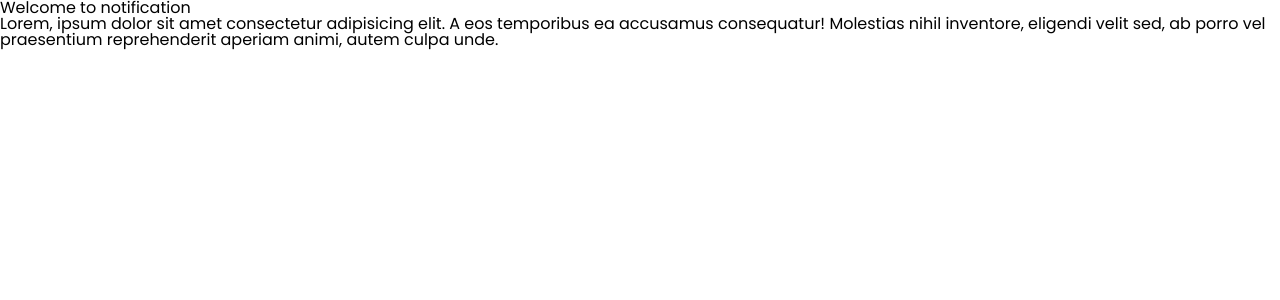
Repository: quoctri2008/test1
Page: notification.html
An editor plug-in stored every save of this project. The page is shown before and after the next save, followed by the edit.
The browser window is 1280 px wide. The pictures show the whole page.

Above is the page before, as saved 2021-09-08 14:49:18.

After the next save:
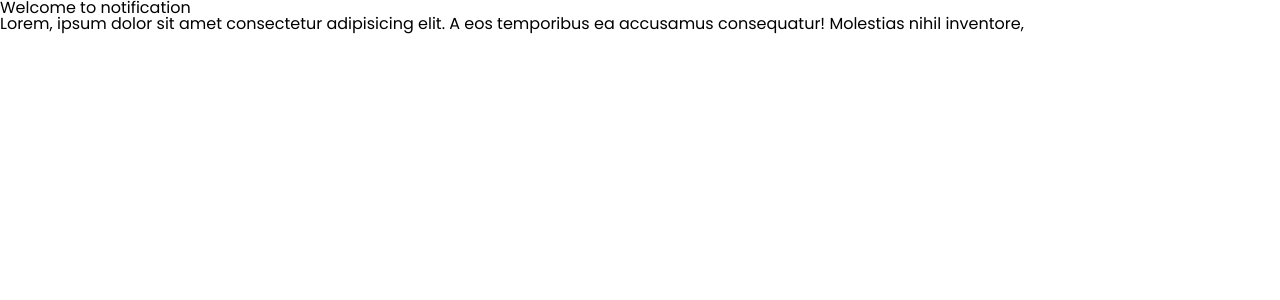
Saved 20 s later.
--- a/notification.html
+++ b/notification.html
@@ -27,8 +27,6 @@
         <div class="noti-desc">
           Lorem, ipsum dolor sit amet consectetur adipisicing elit. A eos
           temporibus ea accusamus consequatur! Molestias nihil inventore,
-          eligendi velit sed, ab porro vel praesentium reprehenderit aperiam
-          animi, autem culpa unde.
         </div>
       </div>
     </div>
